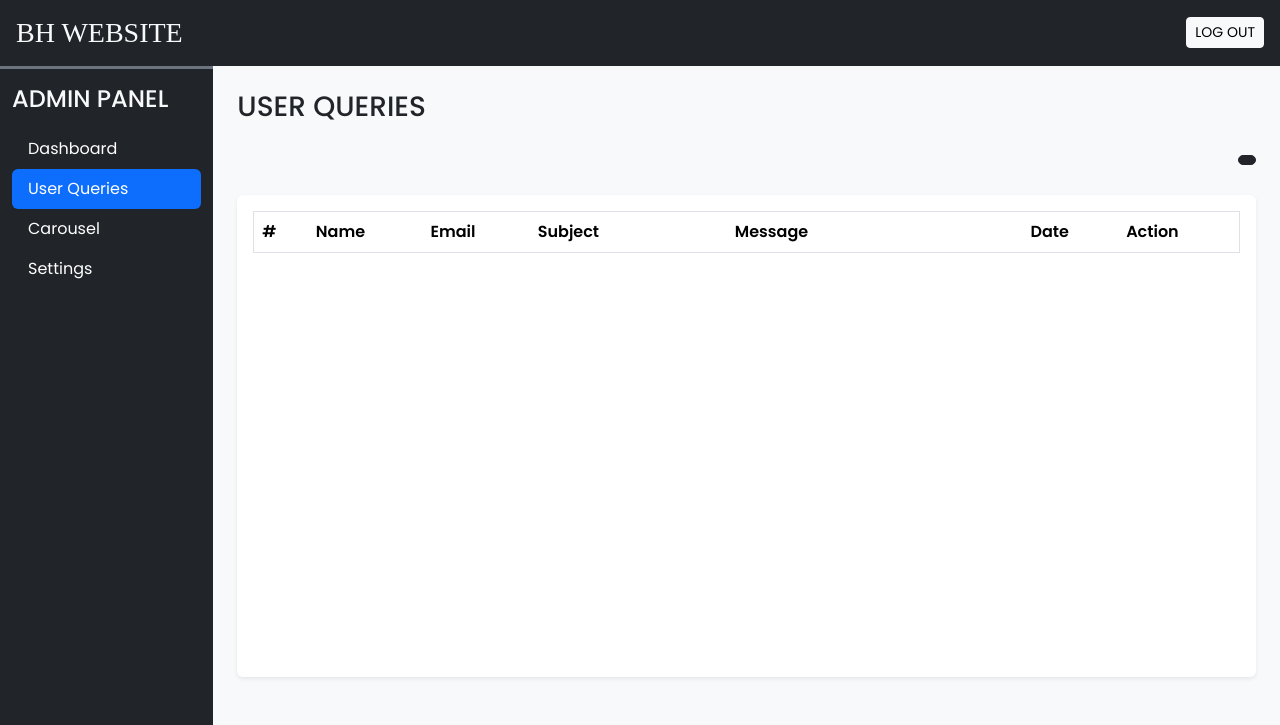
Repository: ntruong0906/desktop-tutorial
Page: http://localhost/hbwebsite/WebsiteBookingHotel/admin/user_queries.php
The author's editor kept a copy of each file at every save. The page is drawn from the files as they stood at one save, then again after the next save.
The browser window is 1280 px wide. The pictures show the whole page.
Some web fonts or font styles are not loaded; a fallback is used. The page is run by PHP 8.4 with error messages shown; the project is at /var/www/html/. The session is filled in as if someone had signed in: {"adminLogin": true, "adminId": 1}. Other server files are loaded and not shown. Queries for data that is not in the repository find no rows.

Above is the page before, as saved 2024-05-07 21:50:28.

### WebsiteBookingHotel/admin/user_queries.php
<?php
require ('inc/essentials.php');
require ('inc/db_config.php');
adminLogin();
if(isset($_GET['seen']))
{
    $frm_data = filteration($_GET);

    if($frm_data['seen'] == 'all'){

    }else{
        $q = "UPDATE `user_queries` SET `seen`= ? WHERE `sr_no` = ?";
        $values = [1,$frm_data['seen']];
        if(update($q,$values,'ii')){
            alert('success','Marked as read');
        }else{
            alert('error','Operation Failed');
        }
    }
}

if(isset($_GET['del']))
{
    $frm_data = filteration($_GET);

    if($frm_data['del'] == 'all'){

    }else{
        $q = "DELETE FROM `user_queries` WHERE `sr_no` = ?";
        $values = [$frm_data['del']];
        if(delete($q,$values,'i')){
            alert('success','Data delete!');
        }else{
            alert('error','Operation Failed');
        }
    }
}
?>

<!DOCTYPE html>
<html lang="en">

<head>
    <meta charset="UTF-8">
    <meta http-equiv="X-UA-Compatible" content="IE-edge">
    <meta name="viewport" content="width=device-width, initial-scale=1.0">
    <title>Admin Panel - User Queries</title>
    <?php require ('inc/links.php'); ?>
</head>
<style>
.custom-alert {
    position: fixed;
    top: 80px;
    right: 25px;
}

#dashboard-menu {
    position: fixed;
    height: 100%;
}
</style>

<body class="bg-light">

    <?php require ('inc/header.php'); ?>

    <div class="container-fluid" id="main-content">
        <div class="row">
            <div class="col-lg-10 ms-auto p-4 overflow-hidden">
                <h3 class="mb-4">USER QUERIES</h3>
                <div class="text-end mb-4">
                    <a href="?seen=all" class="btn btn-dark rounded-pill shadow-none btn-sm"></a>
                </div>

                <div class="card border-0 shadow-sm mb-4">
                    <div class="card-body">
                        <div class="table-responsive-md " style="height: 450px; overflow-y: scroll; ">
                            <table class="table table-hover border">
                                <thead class="sticky-top">
                                    <tr class="bg-dark text-light">
                                        <th scope="col">#</th>
                                        <th scope="col">Name</th>
                                        <th scope="col">Email</th>
                                        <th scope="col" width="20%">Subject</th>
                                        <th scope="col" width="30%">Message</th>
                                        <th scope="col">Date</th>
                                        <th scope="col">Action</th>
                                    </tr>
                                </thead>
                                <tbody>
                                    <?php
                                   $q = "SELECT * FROM `user_queries` ORDER BY `sr_no` DESC";
                                   $data = mysqli_query($con,$q);
                                   $i= 1;
                                   while($row = mysqli_fetch_assoc($data)){
                                    $seen = '';
                                    if($row['seen']!= 1){
                                        $seen = "<a href='?seen=$row[sr_no]' class='btn btn-sm rounded-pill btn-primary'>Mark as read</a>";
                                    }
                                    $seen.="<a href='?del=$row[sr_no]' class='btn btn-sm rounded-pill btn-danger'>Delete</a>";
                                    echo <<< query
                                    <tr>
                                    <td>$i</td>
                                    <td>$row[name]</td>
                                    <td>$row[email]</td>
                                    <td>$row[subject]</td>
                                    <td>$row[message]</td>
                                    <td>$row[date]</td>
                                    <td>$seen</td>
                                    </tr>
                                    query;
                                    $i++;
                                    }
                                    ?>
                                </tbody>
                            </table>
                        </div>
                    </div>
                </div>
            </div>
        </div>
    </div>

    <?php require ('inc/scripts.php'); ?>
</body>

</html>

### WebsiteBookingHotel/admin/inc/essentials.php
<?php

define ('SITE_URL','http://127.0.0.1/hbwebsite/');
define ('ABOUT_IMG_PATH',SITE_URL.'images/about/');
define ('CAROUSEL_IMG_PATH',SITE_URL.'images/carousel/');



define ('UPLOAD_IMAGE_PATH',$_SERVER['DOCUMENT_ROOT'].'/hbwebsite/images/');
define ('ABOUT_FOLDER','about/');
define ('CAROUSEL_FOLDER','carousel/');
function adminLogin()
{
    session_start();
    if (!isset($_SESSION['adminLogin']) && $_SESSION['adminLogin'] == true) {
        echo "<script>
            window.location.href='index.php';
        </script>";
    }

}
function redirect($url)
{
    echo "<script>
            window.location.href='$url';
        </script>";
}

function alert($type, $msg)
{
    $bs_class = ($type == "success") ? "alert-success" : "alert-danger";
    echo <<<alert
                <div class="alert $bs_class alert-dismissible fade show custom-alert" role="alert">
                    <strong class="me-3">$msg</strong>
                    <button type="button" class="btn-close" data-bs-dismiss="alert" aria-label="Close"></button>
                </div>
            alert;
}

function uploadImage($image,$folder){
    $valid_mime = ['image/jpeg','image/pnp','image/webp'];
    $img_mime = $image['type'];
    if(!in_array($img_mime,$valid_mime)){
        return 'ivn_img';
    }else if(($image['size']/(1024*1024))> 2){
        return 'ivn_size';
    }else{
        $ext = pathinfo($image['name'],PATHINFO_EXTENSION);
        $rname = 'IMG_'.random_int(11111,99999).".$ext";
        $img_path = UPLOAD_IMAGE_PATH.$folder.$rname;
        if(move_uploaded_file($image['tmp_name'],$img_path)){
            return $rname;
        }
        else{
            return 'udp_failed';
        }
    }
}


function deleteImage($image , $folder){
    if(unlink(UPLOAD_IMAGE_PATH.$folder.$image)){
        return true;
    }else{
        return false;
    }
}
?>

### WebsiteBookingHotel/admin/inc/db_config.php
<?php
$hname = 'localhost';
$uname = 'root';
$pass = "";
$db = "hbwebsite";

$con = mysqli_connect($hname, $uname, $pass, $db);

if (!$con) {
    die("Cannot Connect to Database" . mysqli_connect_error());
}

function filteration($data)
{
    foreach ($data as $key => $value) {
        $value = trim($value);
        $value = stripcslashes($value);
        $value = strip_tags($value);
        $value = htmlspecialchars($value);
        $data[$key] = $value;
    }
    return $data;
}

function selectAll($table){
    $con = $GLOBALS['con'];
    $res = mysqli_query($con,"SELECT * FROM $table");
    return $res;
}
function select($sql, $values, $datatype)
{
    $con = $GLOBALS['con'];
    if ($stmt = mysqli_prepare($con, $sql)) {
        mysqli_stmt_bind_param($stmt, $datatype,...$values);
        if (mysqli_stmt_execute($stmt)) {
            $res = mysqli_stmt_get_result($stmt);
            mysqli_stmt_close($stmt);
            return $res;
        } else {
            mysqli_stmt_close($stmt);
            die("Query cannot be excuted - Select");
        }
    } else {
        die("Query cannot be executed - Select");
    }
}

function update($sql, $values, $datatypes)
{
    $con = $GLOBALS['con'];
    if ($stmt = mysqli_prepare($con, $sql)) {
        mysqli_stmt_bind_param($stmt, $datatypes,...$values);
        if (mysqli_stmt_execute($stmt)) {
            $res = mysqli_stmt_affected_rows($stmt);
            mysqli_stmt_close($stmt);
            return $res;
        } else {
            mysqli_stmt_close($stmt);
            die("Query cannot be executed - Update");
        }
    } else {
        die("Query cannot be executed - Update");
    }
}

function insert($sql, $values, $datatypes)
{
    $con = $GLOBALS['con'];
    if ($stmt = mysqli_prepare($con, $sql)) {
        mysqli_stmt_bind_param($stmt, $datatypes,...$values);
        if (mysqli_stmt_execute($stmt)) {
            $res = mysqli_stmt_affected_rows($stmt);
            mysqli_stmt_close($stmt);
            return $res;
        } else {
            mysqli_stmt_close($stmt);
            die("Query cannot be executed - Insert");
        }
    } else {
        die("Query cannot be executed - Insert");
    }
}

function delete($sql, $values, $datatypes)
{
    $con = $GLOBALS['con'];
    if ($stmt = mysqli_prepare($con, $sql)) {
        mysqli_stmt_bind_param($stmt, $datatypes,...$values);
        if (mysqli_stmt_execute($stmt)) {
            $res = mysqli_stmt_affected_rows($stmt);
            mysqli_stmt_close($stmt);
            return $res;
        } else {
            mysqli_stmt_close($stmt);
            die("Query cannot be executed - Delete");
        }
    } else {
        die("Query cannot be executed - Delete");
    }
}
?>

### WebsiteBookingHotel/admin/inc/links.php
<link href="https://cdn.jsdelivr.net/npm/bootstrap@5.3.3/dist/css/bootstrap.min.css" rel="stylesheet"
    integrity="sha384-QWTKZyjpPEjISv5WaRU9OFeRpok6YctnYmDr5pNlyT2bRjXh0JMhjY6hW+ALEwIH" crossorigin="anonymous">
<link href="https://fonts.googleapis.com/css2?family=Merienda:wght@400;700&family=Poppins:wght@400;500;600&display=swap"
    rel="stylesheet">
<link rel="stylesheet" href="https://cdn.jsdelivr.net/npm/bootstrap-icons@1.11.3/font/bootstrap-icons.min.css">
<link rel="stylesheet" href="css/common.css">

### WebsiteBookingHotel/admin/inc/header.php
<div class="container-fluid bg-dark text-light p-3 d-flex align-items-center justify-content-between sticky-top">
    <h3 class="mb-0 h-font">BH WEBSITE</h3>
    <a href="logout.php" class="btn btn-light btn-sm">LOG OUT</a>
</div>

<div class="col-lg-2 bg-dark border-top border-3 border-secondary " id="dashboard-menu">
    <nav class="navbar navbar-expand-lg navbar-dark">
        <div class="container-fluid flex-lg-column align-items-stretch">
            <h4 class="mt-2 text-light">ADMIN PANEL</h4>
            <button class="navbar-toggler shadow-none" type="button" data-bs-toggle="collapse"
                data-bs-target="#adminDropdown" aria-controls="navbarNav" aria-expanded="false"
                aria-label="Toggle navigation">
                <span class="navbar-toggler-icon"></span>
            </button>
            <div class="collapse navbar-collapse flex-column align-items-stretch mt-2" id="adminDropdown">

                <ul class="nav nav-pills flex-column">
                    <li class="nav-item">
                        <a class="nav-link text-white" href="dashboard.php">Dashboard</a>
                    </li>
                    <li class="nav-item">
                        <a class="nav-link text-white" href="user_queries.php">User Queries</a>
                    </li>
                    <li class="nav-item">
                        <a class="nav-link text-white" href="carousel.php">Carousel</a>
                    </li>
                    <li class="nav-item">
                        <a class="nav-link text-white" href="settings.php
                            ">Settings</a>
                    </li>
                </ul>
            </div>
        </div>
        <nav>
</div>

### WebsiteBookingHotel/admin/inc/scripts.php
<script src="https://cdn.jsdelivr.net/npm/bootstrap@5.3.3/dist/js/bootstrap.bundle.min.js"
    integrity="sha384-YvpcrYf0tY3lHB60NNkmXc5s9fDVZLESaAA55NDzOxhy9GkcIdslK1eN7N6jIeHz" crossorigin="anonymous">
</script>

<script>
function alert(type, msg) {
    let bs_class = (type == 'success') ? 'alert-success' : 'alert-danger';
    let element = document.createElement('div');
    element.innerHTML = `
                <div class="alert ${bs_class} alert-dismissible fade show custom-alert" role="alert">
                        <strong class="me-3">${msg}</strong>
                        <button type="button" class="btn-close" data-bs-dismiss="alert" aria-label="Close"></button>
                </div>
                `;
    document.body.append(element);
}

function setActive() {
    let navbar = document.getElementById('dashboard-menu');
    let a_tags = navbar.getElementsByTagName('a');
    for (i = 0; i < a_tags.length; i++) {
        let file = a_tags[i].href.split('/').pop();
        let file_name = file.split('.')[0];
        if (document.location.href.indexOf(file_name) >= 0) {
            a_tags[i].classList.add('active')
        }
    }
}
setActive();
</script>

### WebsiteBookingHotel/admin/css/common.css
:root{
    --teal: #2ec1ac;
    --teal_hover: #279e8c;
}

* {
    font-family: 'Poppins', sans-serif;
}

.h-font {
    font-family: 'Merienda', cursive;
}

input::-webkit-outer-spin-button,
input::-webkit-inner-spin-button {
    -webkit-appearance: none;
    margin: 0;
}

/* input[type=number] {
    -moz-appearance: textfield;
} */

.custom-bg {
    background-color: var(--teal);
    border: 1px solid var(--teal);
}

.custom-bg:hover {
    background-color: var(--teal_hover);
    border-color: var(--teal_hover);
}

.availability-form {
    margin-top: -50px;
    z-index: 2;
    position: relative;
}
.h-line{
    width: 150px ;
    margin: 0 auto;
    height: 1.7px;
}

.custom-alert{
    position: fixed;
    top: 80px;
    right: 25px;
}
#dashboard-menu{
    position:fixed;
    height: 100%;
    z-index: 11;
}

@media screen and (max-width :991px){
    #dashboard-menu{
        height: auto;
        width: 100%;
    }
    #main-content{
        margin-top: 60px;
    }
}

After the next save:
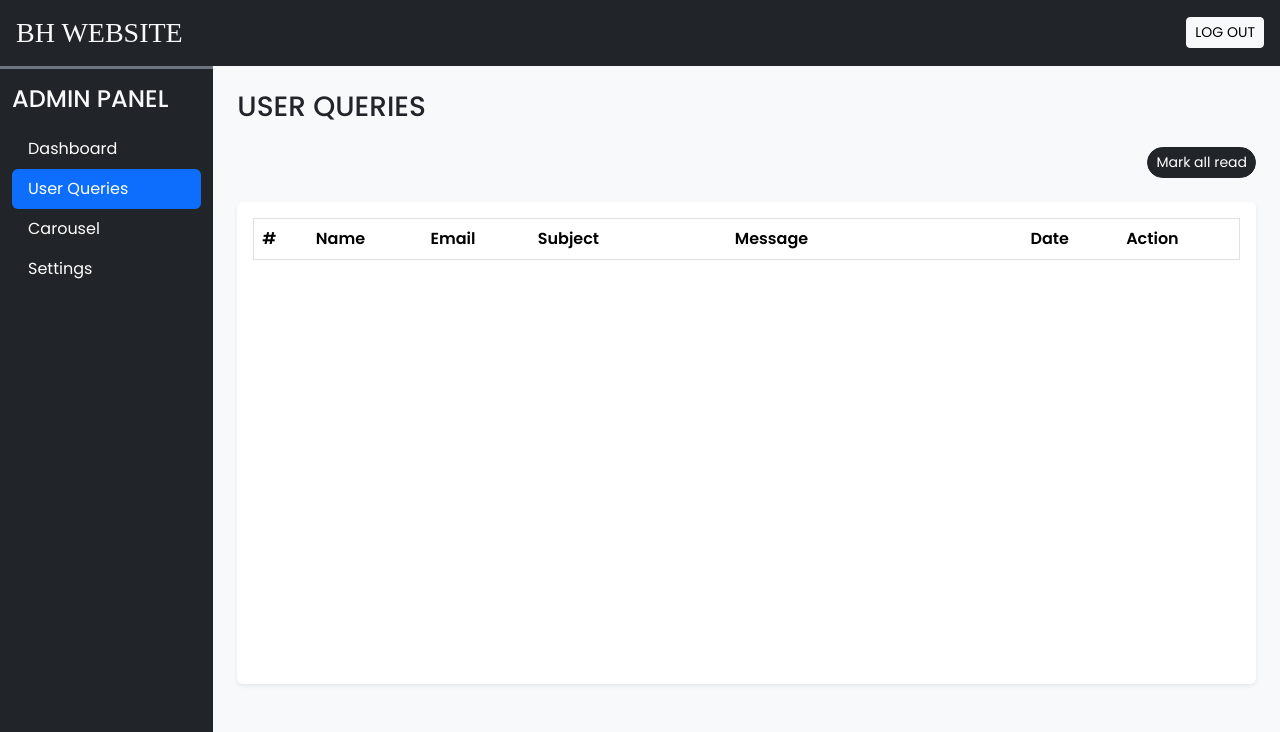
Saved 11 s later.
--- a/WebsiteBookingHotel/admin/user_queries.php
+++ b/WebsiteBookingHotel/admin/user_queries.php
@@ -69,7 +69,7 @@ if(isset($_GET['del']))
             <div class="col-lg-10 ms-auto p-4 overflow-hidden">
                 <h3 class="mb-4">USER QUERIES</h3>
                 <div class="text-end mb-4">
-                    <a href="?seen=all" class="btn btn-dark rounded-pill shadow-none btn-sm"></a>
+                    <a href="?seen=all" class="btn btn-dark rounded-pill shadow-none btn-sm">Mark all read</a>
                 </div>
 
                 <div class="card border-0 shadow-sm mb-4">
